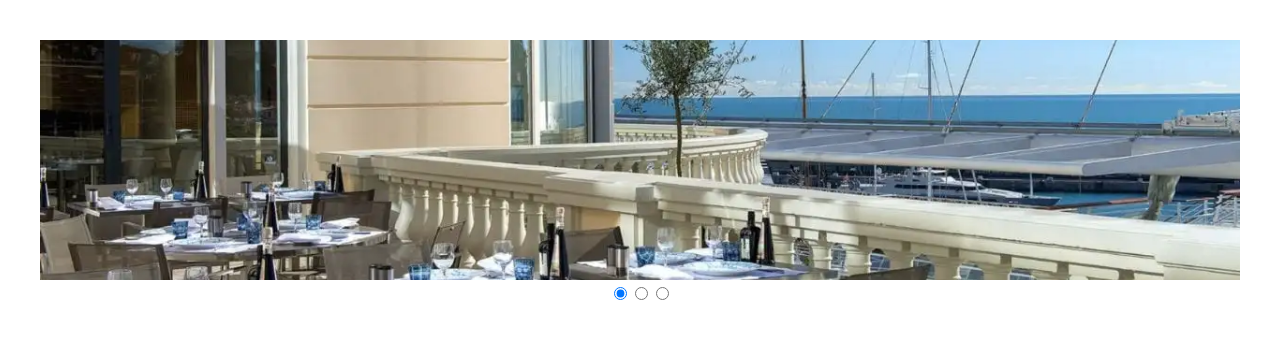
Repository: CarlosEduardoVdeOliveira/cardapio
Page: /
An editor plug-in stored every save of this project. The page is shown before and after the next save, followed by the edit.
The browser window is 1280 px wide. The pictures show the whole page.
The project was rebuilt for these pictures with package versions that can differ from the ones it lists, and the page was loaded fresh each time. Also part of the build but not shown: vite.config.js.

Above is the page before, as saved 2024-02-02 14:28:35.

After the next save:
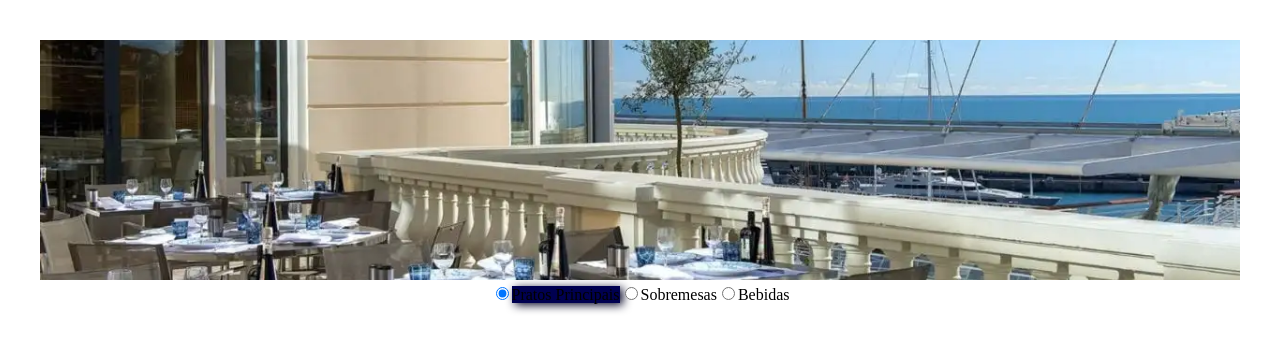
Saved 53 s later.
--- a/src/Navegacao.jsx
+++ b/src/Navegacao.jsx
@@ -2,8 +2,11 @@ export function Navegacao() {
   return (
     <div>
       <input type="radio" name="opcao-pagina" id="pagina-0" defaultChecked />
+      <label htmlFor="">Pratos Principais</label>
       <input type="radio" name="opcao-pagina" id="pagina-1" />
+      <label htmlFor="">Sobremesas</label>
       <input type="radio" name="opcao-pagina" id="pagina-2" />
+      <label htmlFor="">Bebidas</label>
     </div>
   )
 }
